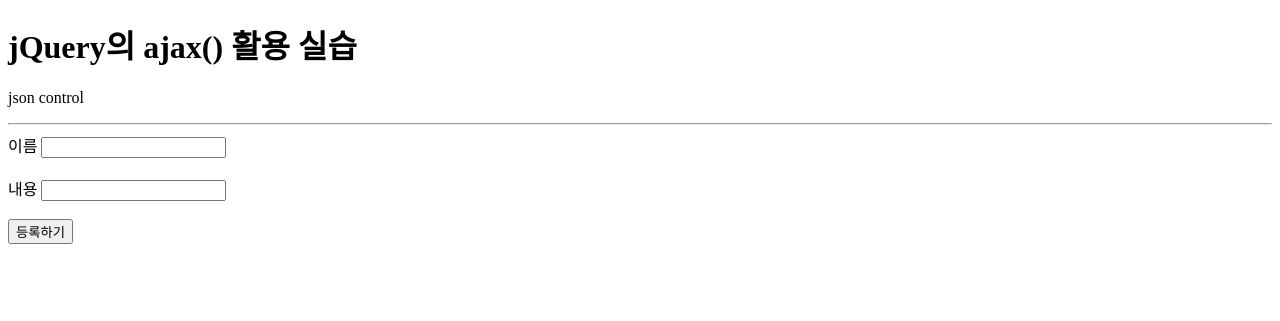
Repository: Jeong43/WebStudy
Page: http://localhost/AjaxJqueryApp05/JsonTest02.jsp
These files come from the project's save history. The page is drawn as it stood at one moment and after the next save; the edit follows.
The browser window is 1280 px wide. The pictures show the whole page.
The page is served by Tomcat 9.

Above is the page before, as saved 2021-12-09 02:44:32.

After the next save:
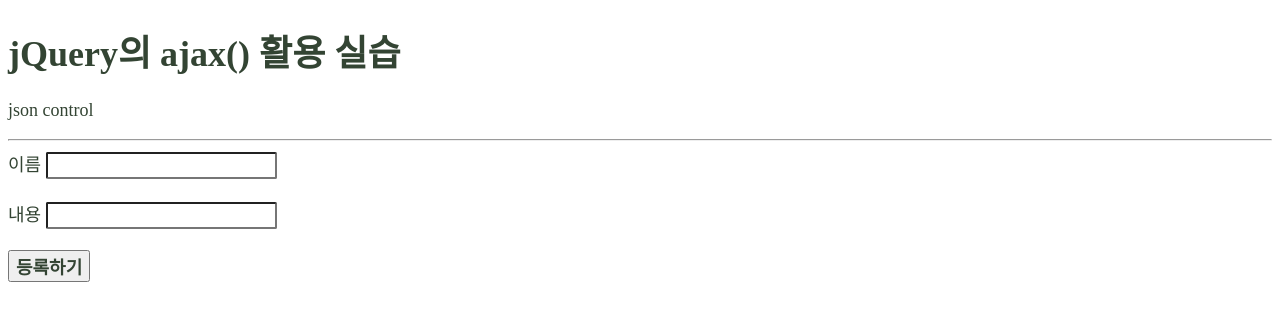
Saved 77 s later.
--- a/AjaxJqueryApp05/WebContent/JsonTest02.jsp
+++ b/AjaxJqueryApp05/WebContent/JsonTest02.jsp
@@ -9,6 +9,7 @@
 <head>
 <meta charset="UTF-8">
 <title>JsonTest01.jsp</title>
+<link rel="stylesheet" type="text/css" href="<%=cp %>/css/main.css">
 </head>
 <body>
 
